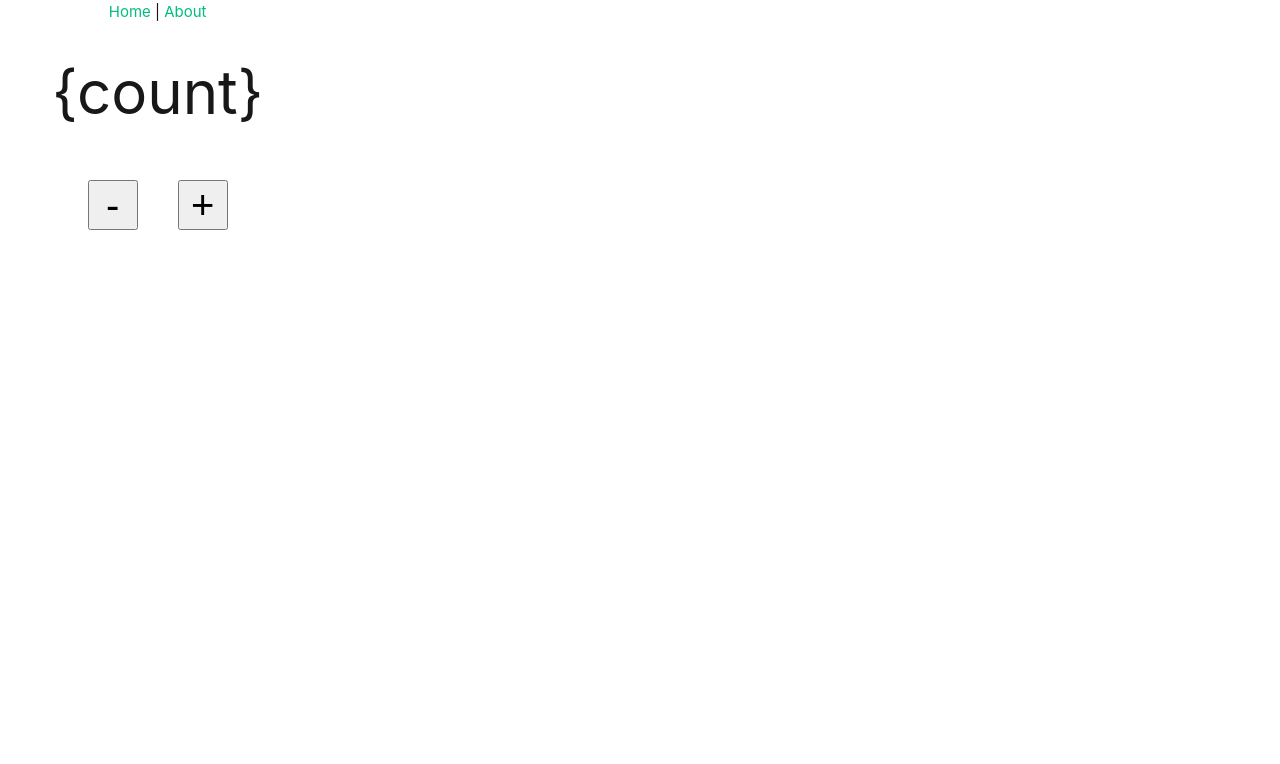
Repository: loktioncode/vectra-shop
Page: /
These files come from the project's save history. The page is drawn as it stood at one moment and after the next save; the edit follows.
The browser window is 1280 px wide. The pictures show the whole page.
The project was rebuilt for these pictures with package versions that can differ from the ones it lists, and the page was loaded fresh each time. Also part of the build but not shown: vite.config.ts.

Above is the page before, as saved 2023-09-20 12:50:27.

After the next save:
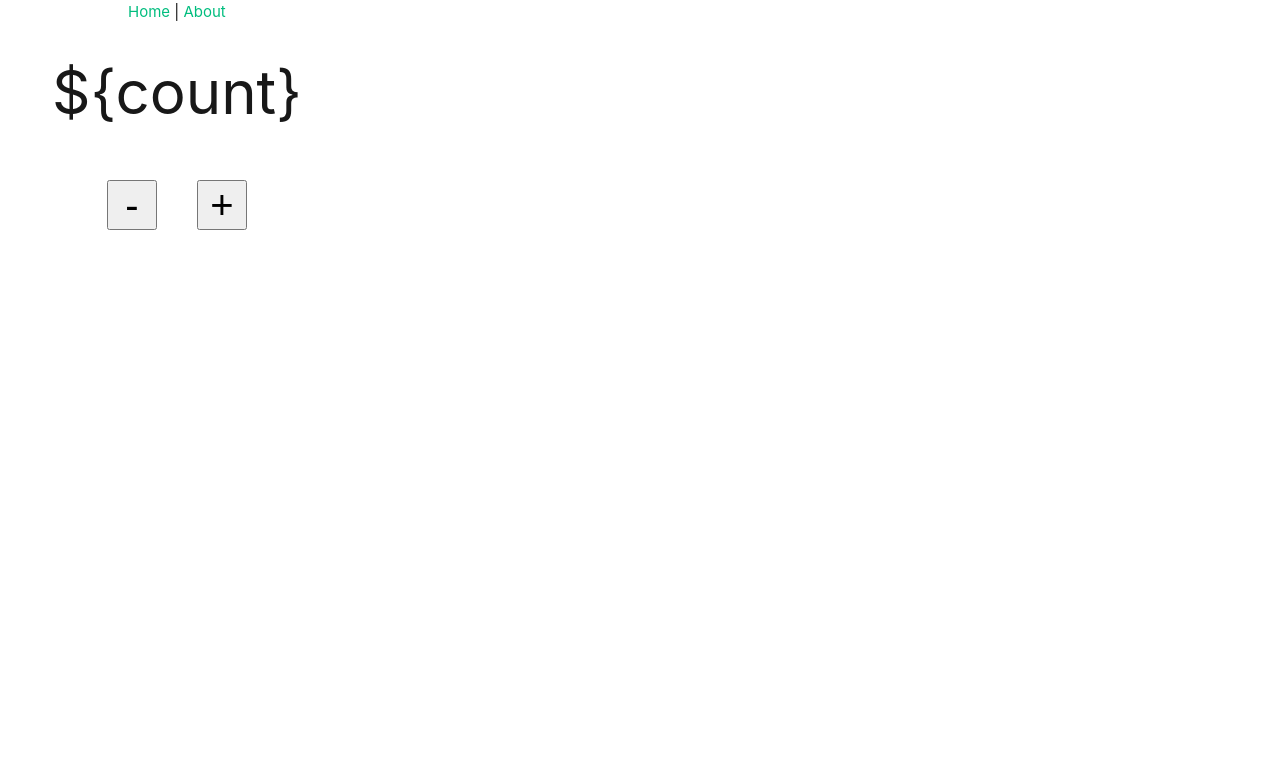
Saved 7 s later.
--- a/src/views/HomeView.vue
+++ b/src/views/HomeView.vue
@@ -2,7 +2,7 @@
 
 <template>
   <div class="home">
-    <h1 class="count">{count}</h1>
+    <h1 class="count">${count}</h1>
     <div class="buttons">
       <button>-</button>
       <button @click="increaseCount">+</button>
